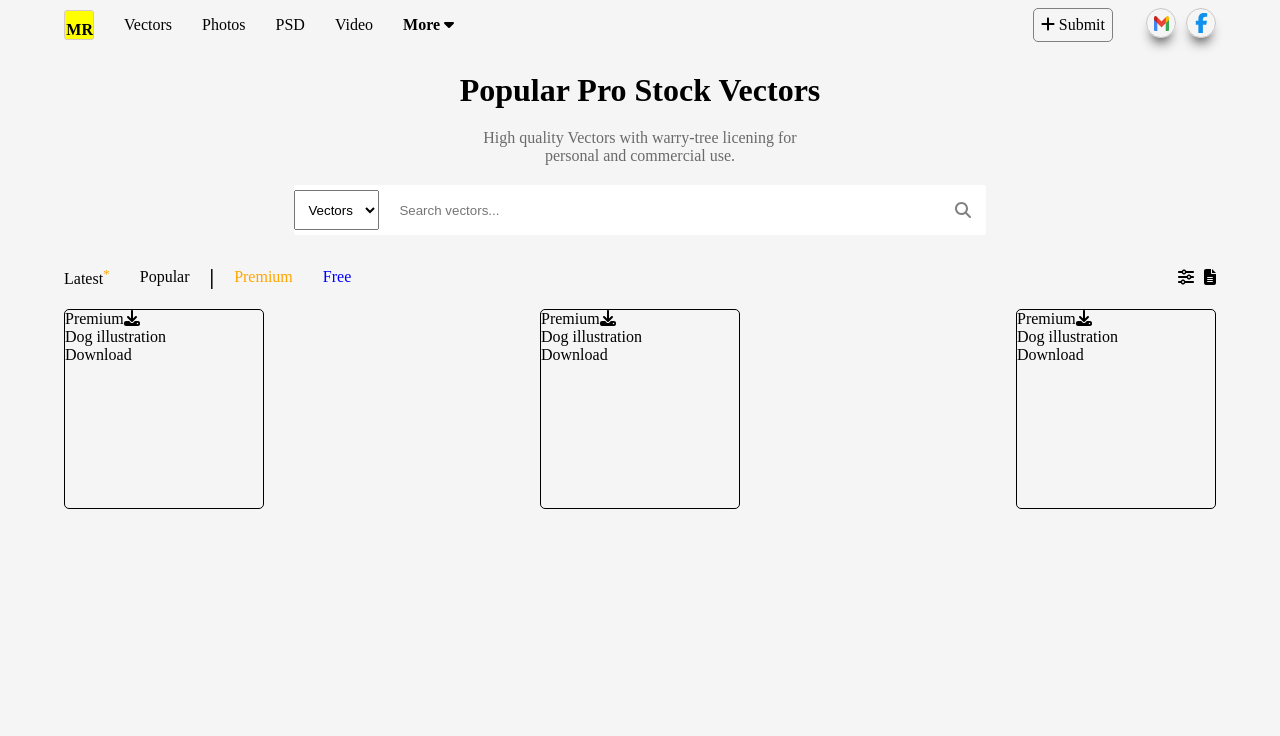
Repository: kegbaDev/VectorTemplate
Page: /
These files come from the project's save history. The page is drawn as it stood at one moment and after the next save; the edit follows.
The browser window is 1280 px wide. The pictures show the whole page.
The project was rebuilt for these pictures with package versions that can differ from the ones it lists, and the page was loaded fresh each time. Also part of the build but not shown: vite.config.js.

Above is the page before, as saved 2023-04-11 23:46:19.

After the next save:
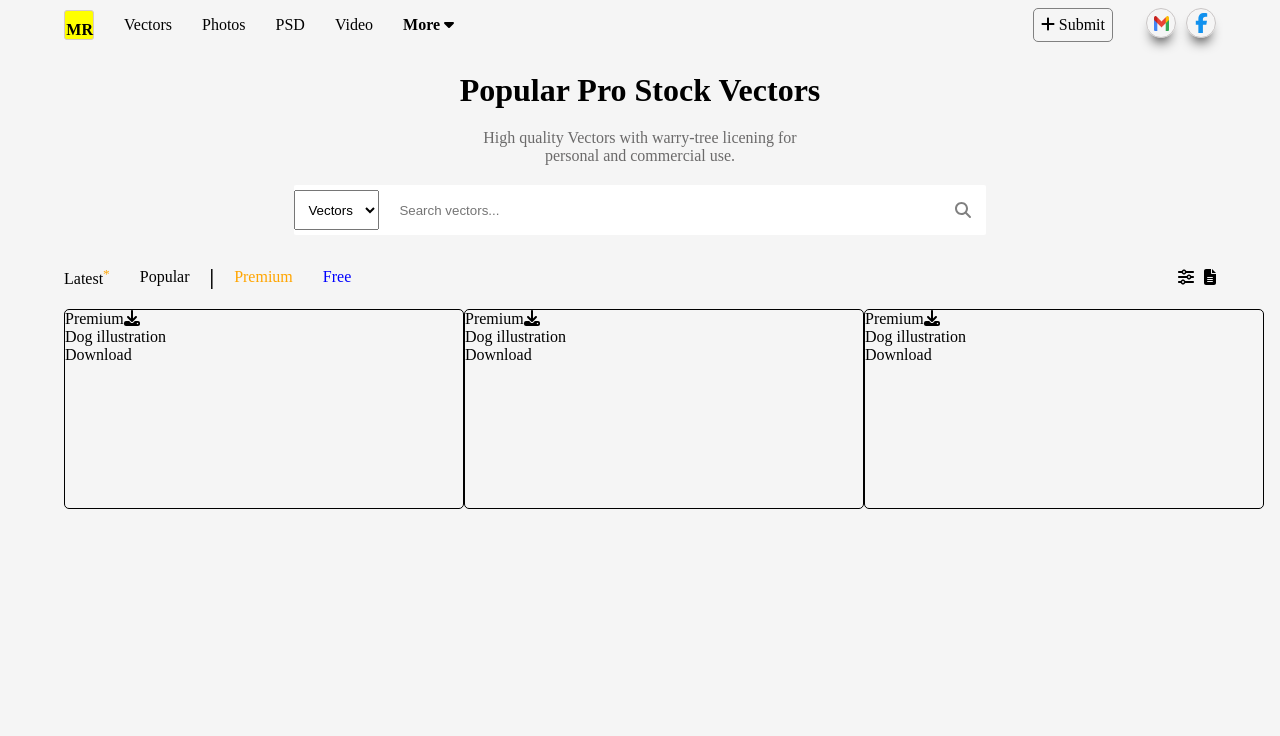
Saved 113 s later.
--- a/src/App.vue
+++ b/src/App.vue
@@ -244,7 +244,7 @@ select{
   justify-content: space-between;
 }
 .main_card{
-  min-width: 200px;
+  min-width: 400px;
   min-height: 200px;
   border: 1px solid black;
   border-radius: 5px;
